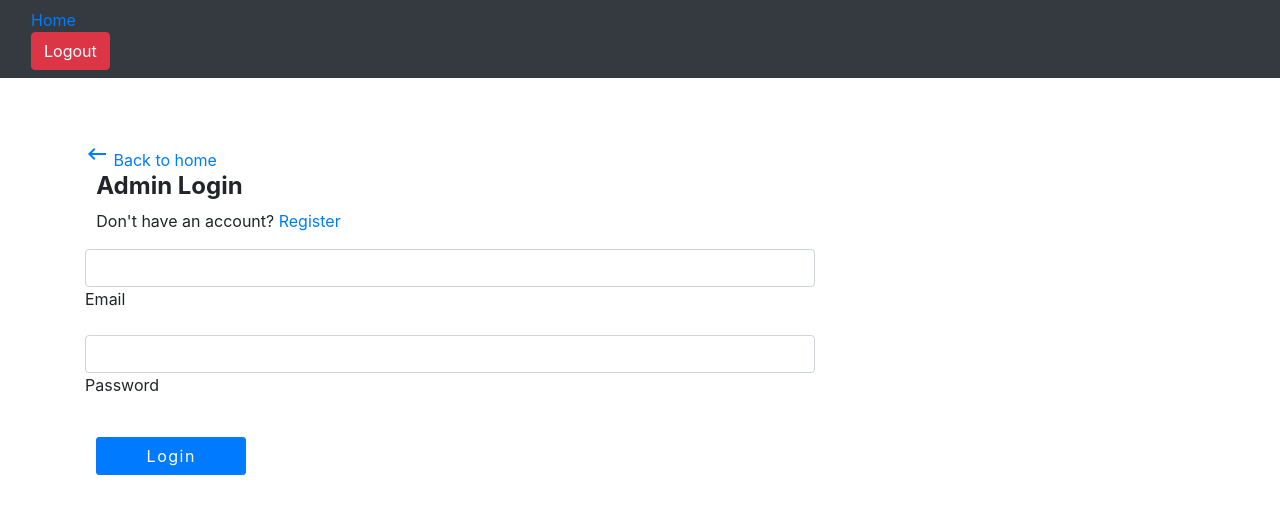
Repository: oba14/start-chat
Page: / (app in client/)
An editor plug-in stored every save of this project. The page is shown before and after the next save, followed by the edit.
The browser window is 1280 px wide. The pictures show the whole page.
The page's requests for data from a server got no answer. The project was rebuilt for these pictures with package versions that can differ from the ones it lists, and the page was loaded fresh each time. No one was signed in, and anything a server would have sent is missing. Also part of the build but not shown: client/src/components/pages/LandingPage.js, client/src/components/component/Chat.css, client/src/components/component/ChatWindow.js, client/src/components/component/ChatBox.js, client/src/components/component/Users.js, client/src/components/pages/Chat.js, client/src/components/pages/NotFound.js, client/src/components/auth/Register.js and 1 more.

Above is the page before, as saved 2020-01-22 22:43:04.

After the next save:
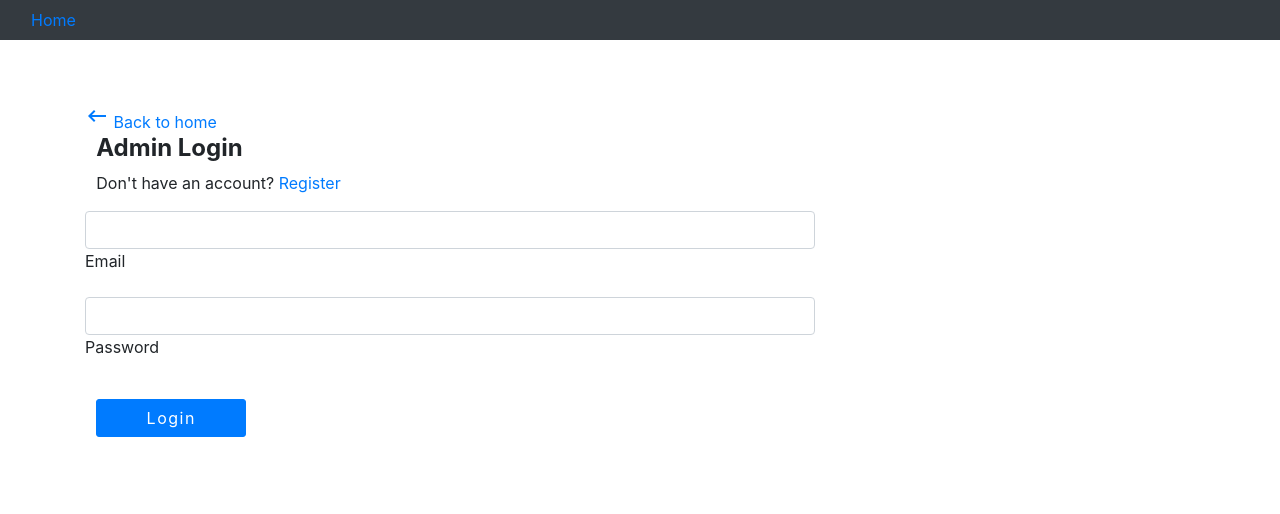
Saved 2 min 57 s later.
--- a/client/src/components/component/Navbar.js
+++ b/client/src/components/component/Navbar.js
@@ -10,6 +10,7 @@ const Navbar = () => {
 
     const  user  = useSelector(state=> state.user.user)
     const socket = useSelector(state => state.socket.socket)
+    const auth = useSelector(state => state.auth)
 
     const dispatch = useDispatch();
 
@@ -39,12 +40,13 @@ const Navbar = () => {
               className=" col s5 black-text">
               Home
             </NavLink>
-
+            { auth.isAuthenticated && (
             <div className='col s5 center black-text'>
               <button type="button" className='btn btn-danger' onClick={() => dispatch(logoutUser())}>
                 Logout
               </button>
             </div>
+            )}
             {user.username &&
             <NavLink exact activeClassName="active"
               to="/chat"
